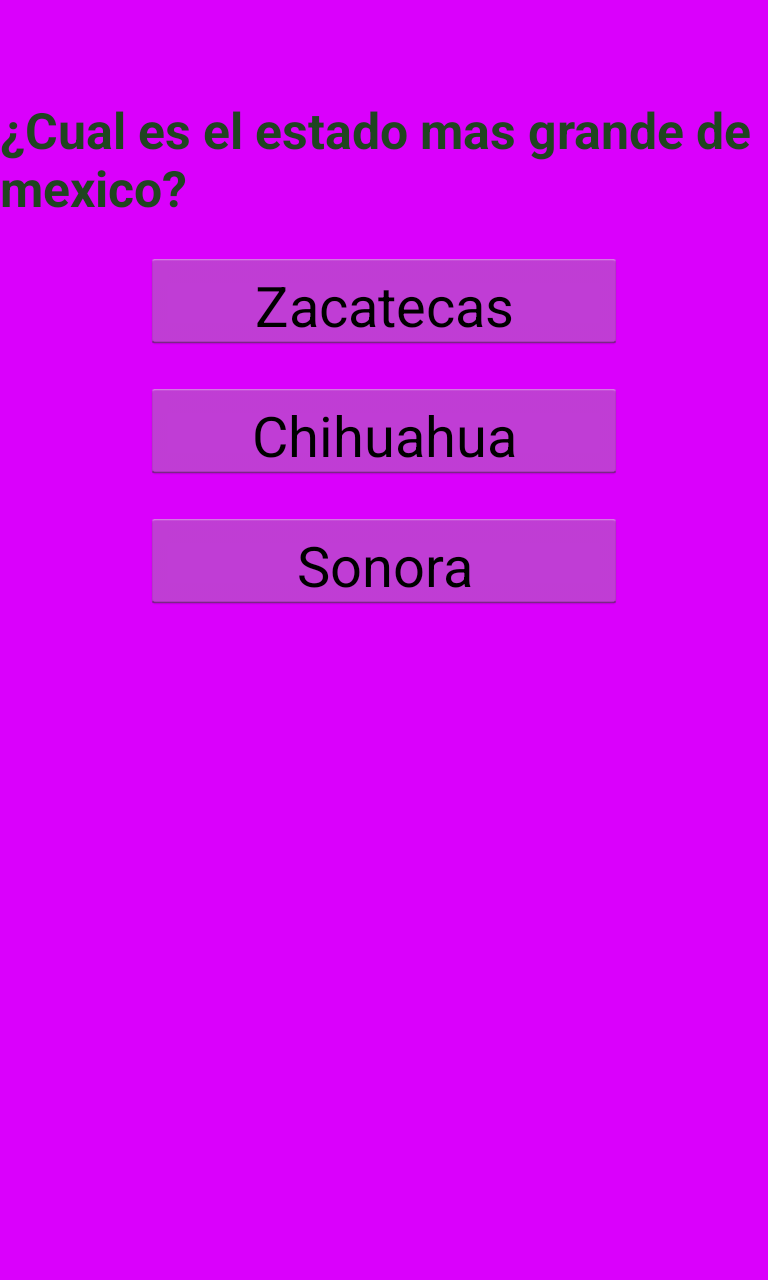
Repository: lainodHO/Proyectos-Moviles
Layout: Adventure/res/layout/activity_quinto.xml
These files come from the project's save history. The layout is drawn as it stood at one moment and after the next save; the edit follows.
It is drawn on a 768 x 1280 px phone screen (xhdpi) without system bars, with theme AppTheme; the app's code is not run.

Above is the layout before, as saved 2019-04-06 00:24:12.

### Adventure/res/layout/activity_quinto.xml
<LinearLayout xmlns:android="http://schemas.android.com/apk/res/android"
    android:layout_width="fill_parent"
    android:layout_height="fill_parent"
    android:background="#DA00FC"
    android:orientation="vertical" >
            <TextView
        android:id="@+id/textView1"
        android:layout_width="wrap_content"
        android:layout_height="wrap_content"
        android:layout_alignParentTop="true"
        android:layout_centerHorizontal="true"
        android:layout_marginTop="48dp"
        android:layout_gravity="center"
        android:text="¿Cual es el estado mas grande de mexico?"
        android:textColor="#204420"
        android:textSize="25dp"
        android:textStyle="bold" />

                    <Button
        android:layout_width="240dp"
        android:layout_height="50dp"
        android:layout_marginTop="15dp"
        android:text="Zacatecas"
        android:layout_gravity="center"
        android:textSize="28dp"
        android:gravity="center"
        android:onClick="pasaral2"/>

                   <Button
        android:layout_width="240dp"
        android:layout_height="50dp"
        android:layout_marginTop="15dp"
        android:text="Chihuahua"
        android:layout_gravity="center"
        android:textSize="28dp"
        android:gravity="center"
        android:onClick="pasaral3"/>

                                <Button
        android:layout_width="240dp"
        android:layout_height="50dp"
        android:layout_marginTop="15dp"
        android:text="Sonora"
        android:layout_gravity="center"
        android:textSize="28dp"
        android:gravity="center"
        android:onClick="pasaral4"/>


</LinearLayout>

Loaded but not shown: Adventure/res/values/styles.xml (common file); Adventure/res/values-v11/styles.xml (common file); Adventure/res/values-v14/styles.xml (common file)

After the next save:
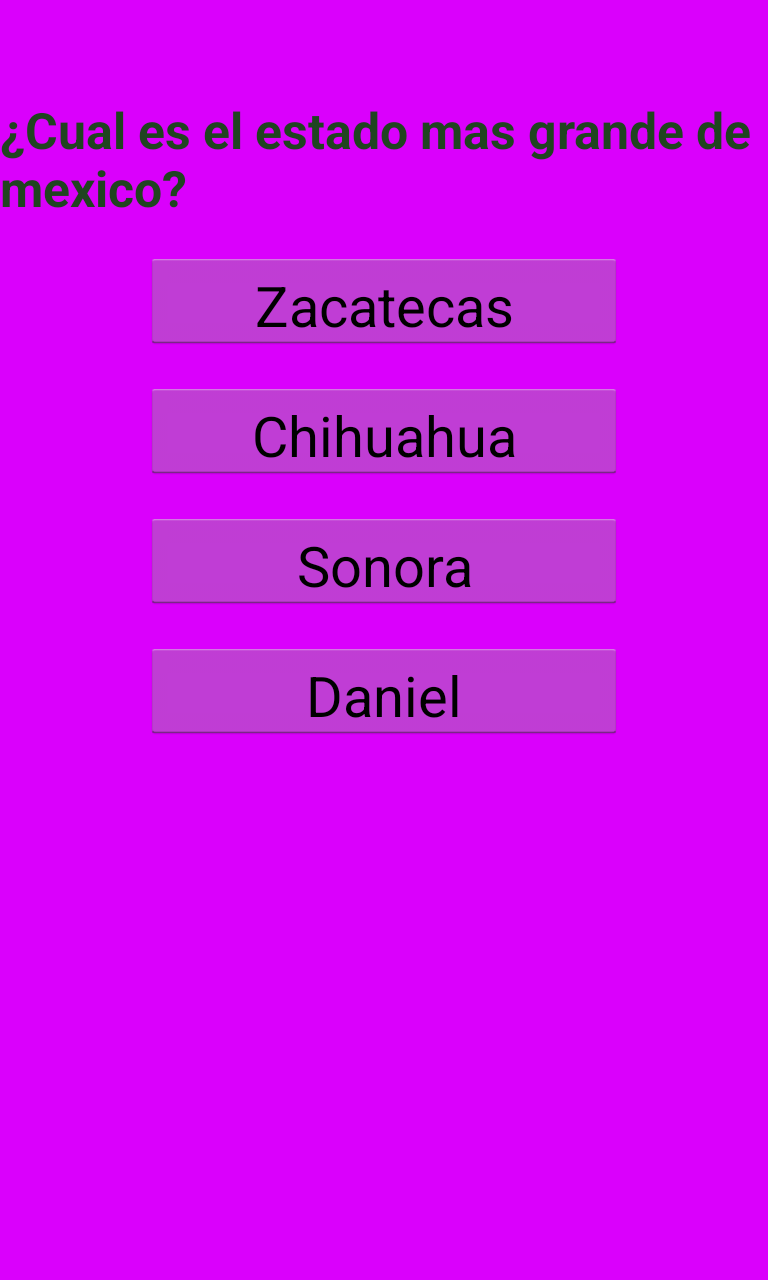
Saved 4 s later.
--- a/Adventure/res/layout/activity_quinto.xml
+++ b/Adventure/res/layout/activity_quinto.xml
@@ -47,4 +47,14 @@
         android:onClick="pasaral4"/>
 
 
+                          <Button
+        android:layout_width="240dp"
+        android:layout_height="50dp"
+        android:layout_marginTop="15dp"
+        android:text="Daniel"
+        android:layout_gravity="center"
+        android:textSize="28dp"
+        android:gravity="center"
+        android:onClick="pasaral5"/>
+
 </LinearLayout>
